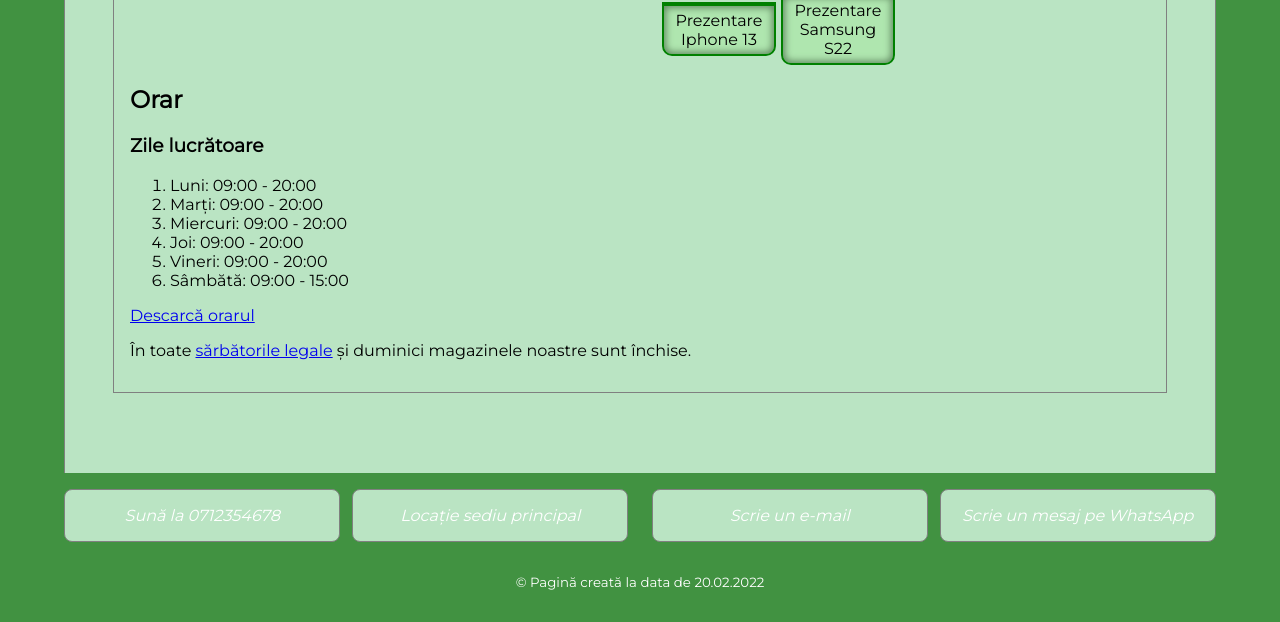
Repository: alexbanilean/Proiect-TW---ElectroHub
Page: index.html
These files come from the project's save history. The page is drawn as it stood at one moment and after the next save; the edit follows.
The browser window is 1280 px wide. The pictures show the part of the page from y = 3956 to 4578 px (the page is 4578 px tall).

Above is the page before, as saved 2022-03-06 19:26:59.

After the next save:
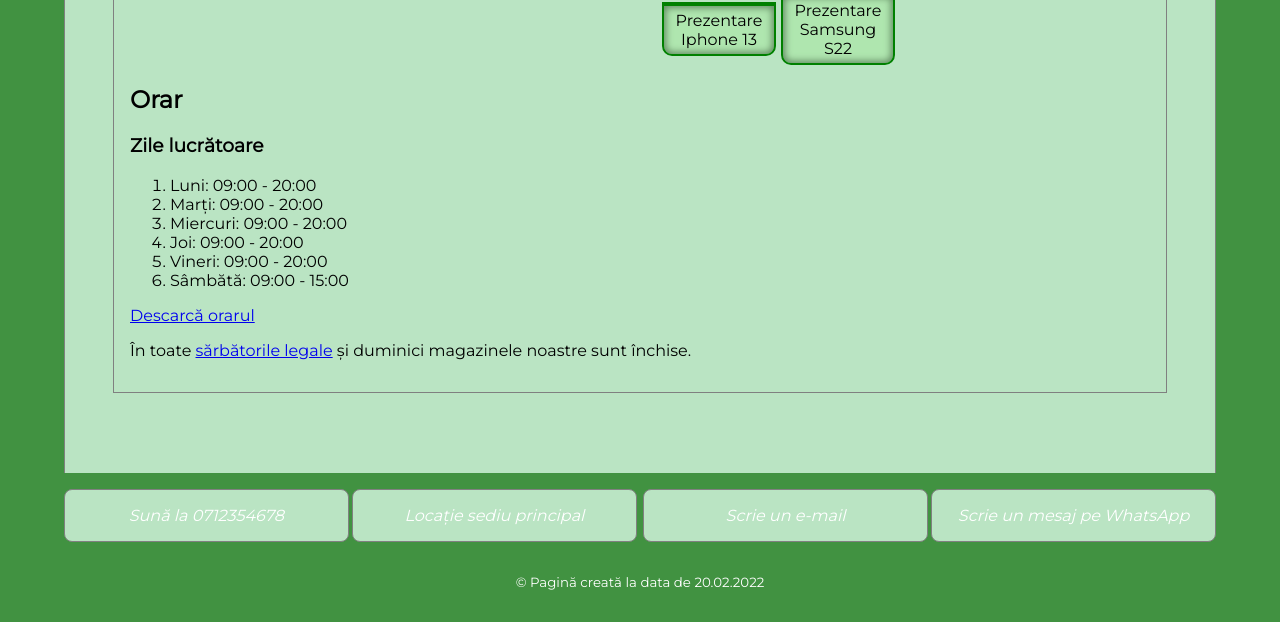
Saved 14 s later.
--- a/resurse/css/general.css
+++ b/resurse/css/general.css
@@ -117,7 +117,7 @@ footer>address{
     display: flex;
     flex-direction: row;
     margin-top: 1rem;
-    gap: 1%;
+    gap: 0.2rem;
 }
 
 footer>address a{
